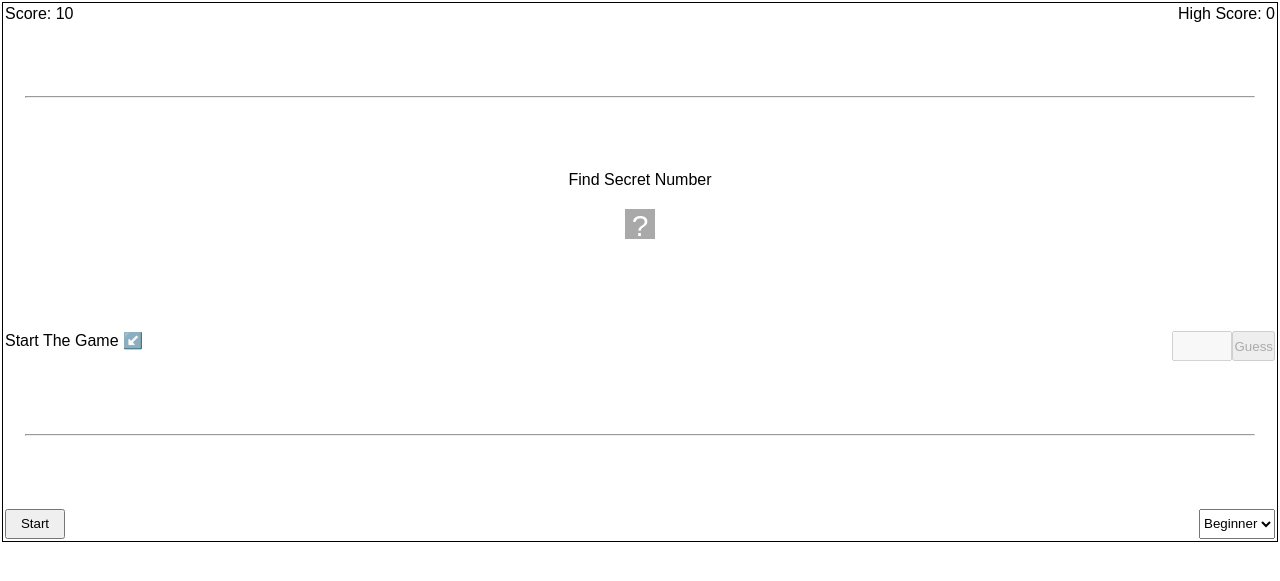
Repository: baziz22/Vanilla_JS_Projects
Page: secret_number/index.html
These files come from the project's save history. The page is drawn as it stood at one moment and after the next save; the edit follows.
The browser window is 1280 px wide. The pictures show the whole page.

Above is the page before, as saved 2022-02-19 22:59:22.

### secret_number/index.html
<!DOCTYPE html>
<html lang="en">
  <head>
    <meta charset="UTF-8" />
    <meta http-equiv="X-UA-Compatible" content="IE=edge" />
    <meta name="viewport" content="width=device-width, initial-scale=1.0" />
    <link rel="stylesheet" href="style.css" />
    <title>Guess a Number</title>
  </head>
  <body>
    <div id="scene">
      <div id="scene-header">
        <div id="score">Score: <span id="max-score">10</span></div>
        <div>High Score: <span id="high-score">0</span></div>
      </div>
      <hr />
      <div id="scene-messages">
        <div id="game-title">Find Secret Number</div>
        <div id="rules">
          Secret number is between <span id="between"></span>
        </div>
        <div id="secret-number"><span id="the-secret">?</span></div>
      </div>
      <div id="scene-body">
        <div id="message">Start The Game ↙️</div>
        <input id="guess-box" type="number" min="1" max="" />
        <button id="guess-btn">Guess</button>
      </div>
      <hr />
      <div id="scene-footer">
        <button id="reset"></button>
        <select id="level" title="levels">
          <option value="beginner">Beginner</option>
          <option value="medium">Medium</option>
          <option value="hard">Hard</option>
        </select>
      </div>
    </div>
    <script src="secret_number.js"></script>
  </body>
</html>

### secret_number/style.css
* {
  padding: 0;
  margin: 0;
  box-sizing: border-box;
}
body {
  font-family: 'invasion2000', sans-serif;
}
#scene {
  min-width: 50vh;
  min-height: 75vh;
  padding: 2px;
  margin: 2px;
  border: 1px solid black;
  display: flex;
  flex-direction: column;
  justify-content: space-between;
}
#scene-header {
  display: flex;
  justify-content: space-between;
}
#scene-messages {
  display: flex;
  flex-direction: column;
  justify-items: center;
  text-align: center;
  align-items: center;
}

#scene-body {
  display: flex;
  justify-content: space-between;
}
#scene-footer {
  display: flex;
  justify-content: space-between;
}

#secret-number {
  width: 30px;
  height: 30px;
  margin: 20px;
  background-color: darkgray;
  font-size: 30px;
  color: #fff;
}
#message {
  flex-grow: 3;
}
#guess-box,
#reset {
  width: 60px;
  height: 30px;
}

hr {
  margin: 0 20px;
}

### secret_number/secret_number.js
function startGame() {
  rules.style.display = 'none';
  guess_btn.disabled = true;
  userInput.disabled = true;
  begin_btn.addEventListener('click', () => {
    begin_btn.disabled = true;
    guess_btn.disabled = false;
    userInput.disabled = false;
    console.log(level.value);
    if (level.value === 'beginner') {
      secretNumber = Math.ceil(Math.random() * 10);
      rule('1 - 10', 10);
    } else if (level.value === 'medium') {
      secretNumber = Math.ceil(Math.random() * 50);
      rule('1 - 50', 50);
    } else {
      secretNumber = Math.ceil(Math.random() * 100);
      rule('1 - 100', 100);
    }
    console.log(secretNumber);
    displayMessage('Start Guessing!!!');
    maxScore = 20;
    score.textContent = maxScore;
    level.disabled = true;
  });
}
function validateBox() {
  if (level.value === 'beginner') {
    if (userInput.value > 10 || userInput.value < 1) {
      displayMessage('Please See Beginner Rules ');
    } else {
      wrongAnswer();
    }
  }
  if (level.value === 'medium') {
    if (userInput.value > 50 || userInput.value < 1) {
      displayMessage('Please See Beginner Rules ');
    } else {
      wrongAnswer();
    }
  }
  if (level.value === 'hard') {
    if (userInput.value > 100 || userInput.value < 1) {
      displayMessage('Please See Beginner Rules ');
    } else {
      wrongAnswer();
    }
  }
}
const displayMessage = message => {
  document.getElementById('message').textContent = message;
};
const rule = (between, attrValue) => {
  rules.style.display = 'block';
  document.getElementById('between').textContent = between;
  document.getElementById('guess-box').setAttribute('max', attrValue);
};

let begin_btn = document.getElementById('reset');
begin_btn.textContent = 'Start';
let secretNumber;
let secretNumberBox = document.getElementById('the-secret');

let level = document.getElementById('level');
let userInput = document.getElementById('guess-box');
let guess_btn = document.getElementById('guess-btn');
// assign max score
let maxScore;
let rules = document.getElementById('rules');
const score = document.getElementById('max-score');

/* High Score */
let highScoreCalc = 0;
let highScore = document.getElementById('high-score');
highScore.textContent = highScoreCalc;

guess_btn.addEventListener('click', gameProcessing);
function gameProcessing() {
  console.log(userInput.value);
  if (userInput.value == secretNumber) {
    displayMessage('You made it!');
    if (highScoreCalc > maxScore) {
      highScoreCalc = highScore.textContent;
      highScore.textContent = highScoreCalc;
    } else if (highScoreCalc < maxScore) {
      highScoreCalc = maxScore;
      highScore.textContent = highScoreCalc;
    }
    console.log('h-s: ' + highScoreCalc);
    return endGame();
  }
  validateBox();
}
function wrongAnswer() {
  maxScore--;
  if (userInput.value > secretNumber) {
    displayMessage('too high');
    if (maxScore === 0) {
      displayMessage('You Lost!');
      endGame();
    }
  } else if (userInput.value < secretNumber) {
    displayMessage('too low');
    if (maxScore === 0) {
      displayMessage('You Lost!');
      endGame();
    }
  }
  score.textContent = maxScore;
}
function endGame() {
  begin_btn.disabled = false;
  guess_btn.disabled = true;
  userInput.value = null;
  userInput.disabled = true;
  level.disabled = false;
  secretNumberBox.textContent = secretNumber;
}

startGame();

// TODO

After the next save:
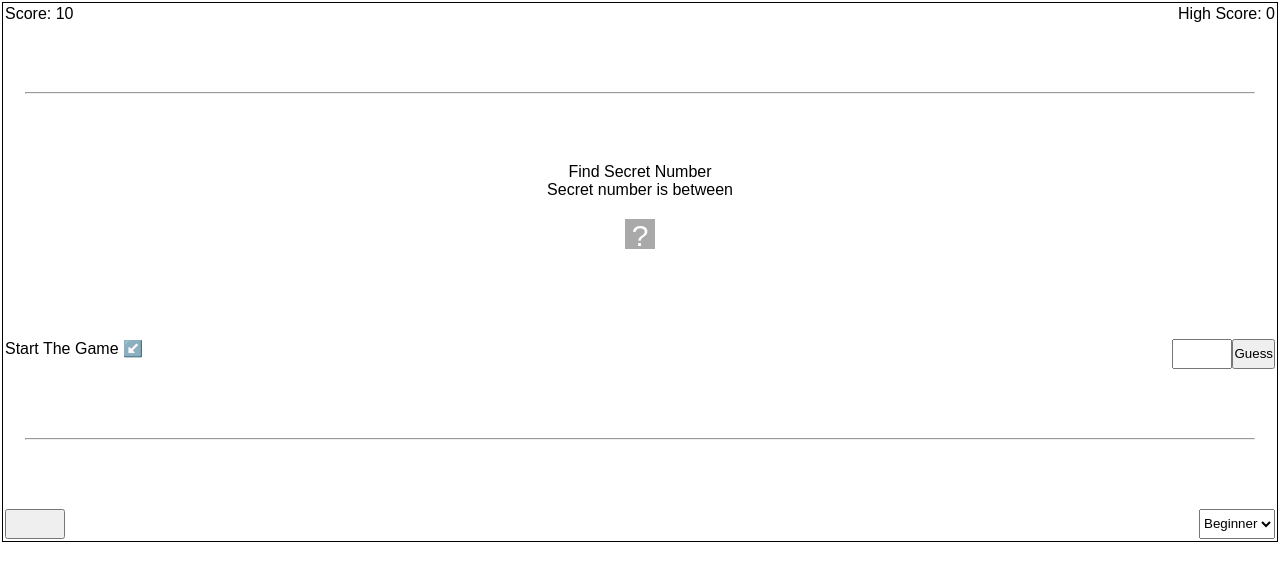
Console error: ReferenceError: start_btn is not defined
Saved 12 min 36 s later.
--- a/secret_number/secret_number.js
+++ b/secret_number/secret_number.js
@@ -2,8 +2,8 @@ function startGame() {
   rules.style.display = 'none';
   guess_btn.disabled = true;
   userInput.disabled = true;
-  begin_btn.addEventListener('click', () => {
-    begin_btn.disabled = true;
+  start_btn.addEventListener('click', () => {
+    start_btn.disabled = true;
     guess_btn.disabled = false;
     userInput.disabled = false;
     console.log(level.value);
@@ -57,7 +57,7 @@ const rule = (between, attrValue) => {
 };
 
 let begin_btn = document.getElementById('reset');
-begin_btn.textContent = 'Start';
+start_btn.textContent = 'Start';
 let secretNumber;
 let secretNumberBox = document.getElementById('the-secret');
 
@@ -109,7 +109,7 @@ function wrongAnswer() {
   score.textContent = maxScore;
 }
 function endGame() {
-  begin_btn.disabled = false;
+  start_btn.disabled = false;
   guess_btn.disabled = true;
   userInput.value = null;
   userInput.disabled = true;
